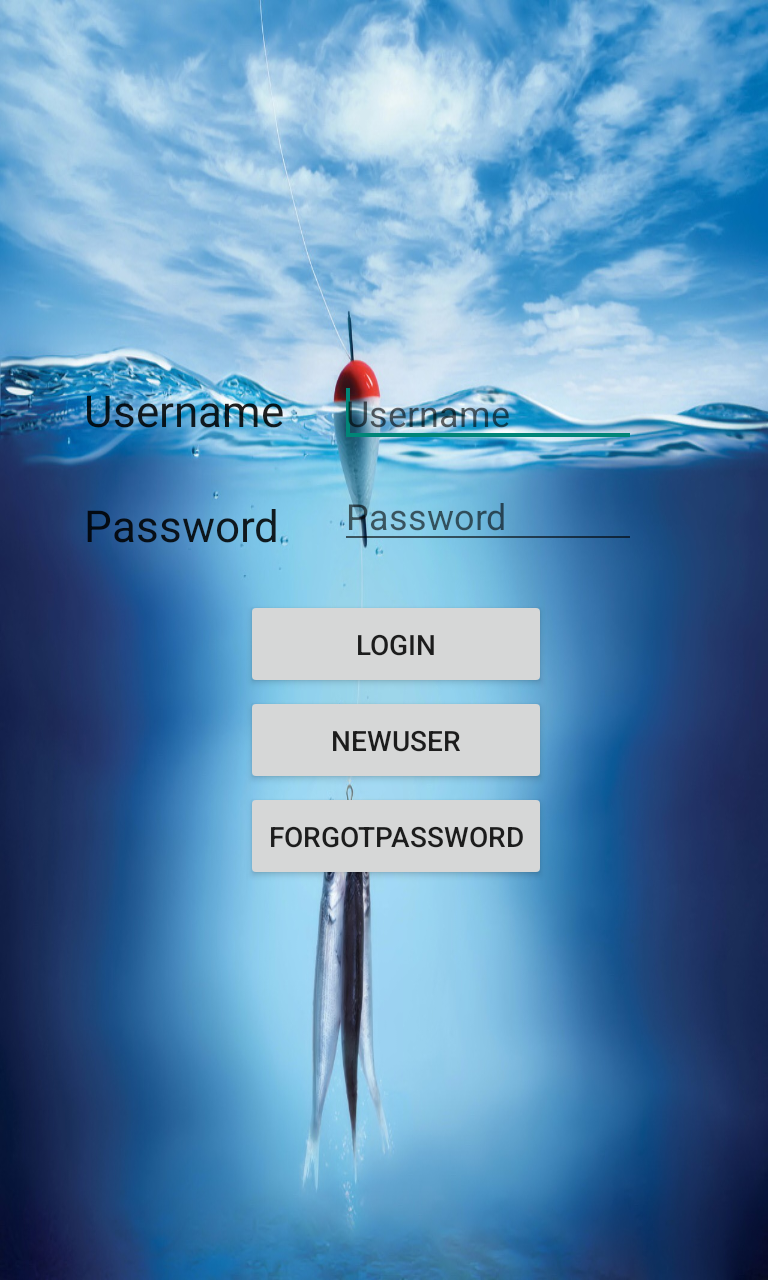
Repository: zerox2012/Fall2014Android
Layout: FishingBuddy/res/layout/activity_login.xml
The author's editor kept a copy of each file at every save. The layout is drawn from the files as they stood at one save, then again after the next save.
It is drawn on a 768 x 1280 px phone screen (xhdpi) without system bars, with theme AppTheme; the app's code is not run.

Above is the layout before, as saved 2014-10-20 17:59:26.

### FishingBuddy/res/layout/activity_login.xml
<RelativeLayout xmlns:android="http://schemas.android.com/apk/res/android"
    xmlns:tools="http://schemas.android.com/tools"
    android:layout_width="match_parent"
    android:layout_height="match_parent"
    android:background="@drawable/login"
    android:paddingBottom="@dimen/activity_vertical_margin"
    android:paddingLeft="@dimen/activity_horizontal_margin"
    android:paddingRight="@dimen/activity_horizontal_margin"
    android:paddingTop="@dimen/activity_vertical_margin"
    tools:context="usf.fall2014.android.fishingbuddy.Login" >

    <TextView
        android:id="@+id/textView2"
        android:layout_width="wrap_content"
        android:layout_height="wrap_content"
        android:layout_alignLeft="@+id/textView1"
        android:layout_below="@+id/textView1"
        android:layout_marginTop="28dp"
        android:text="@string/password"
        android:textAppearance="?android:attr/textAppearanceLarge" />

    <requestFocus />

    <EditText
        android:id="@+id/username"
        android:layout_width="150dp"
        android:layout_height="wrap_content"
        android:layout_alignBaseline="@+id/textView1"
        android:layout_alignBottom="@+id/textView1"
        android:layout_marginLeft="27dp"
        android:layout_toRightOf="@+id/textView1"
        android:ems="10"
        android:hint="@string/user_name"
        android:inputType="text" />

    <EditText
        android:id="@+id/EditText01"
        android:layout_width="150dp"
        android:layout_height="wrap_content"
        android:layout_alignBottom="@+id/textView2"
        android:layout_alignLeft="@+id/username"
        android:ems="10"
        android:hint="@string/password"
        android:inputType="textPassword" />

    <TextView
        android:id="@+id/textView1"
        android:layout_width="wrap_content"
        android:layout_height="wrap_content"
        android:layout_alignParentLeft="true"
        android:layout_alignParentTop="true"
        android:layout_marginLeft="26dp"
        android:layout_marginTop="174dp"
        android:text="@string/user_name"
        android:textAppearance="?android:attr/textAppearanceLarge" />

    <Button
        android:id="@+id/button1"
        android:layout_width="100dp"
        android:layout_height="wrap_content"
        android:layout_alignLeft="@+id/button3"
        android:layout_alignRight="@+id/EditText01"
        android:layout_below="@+id/textView2"
        android:layout_marginRight="45dp"
        android:layout_marginTop="21dp"
        android:text="@string/button_login" />

    <Button
        android:id="@+id/button2"
        android:layout_width="wrap_content"
        android:layout_height="wrap_content"
        android:layout_alignLeft="@+id/button1"
        android:layout_alignRight="@+id/EditText01"
        android:layout_below="@+id/button1"
        android:layout_marginRight="45dp"
        android:text="@string/title_activity_new_user" />

    <Button
        android:id="@+id/button3"
        android:layout_width="wrap_content"
        android:layout_height="wrap_content"
        android:layout_alignRight="@+id/EditText01"
        android:layout_below="@+id/button2"
        android:layout_marginRight="45dp"
        android:text="@string/title_activity_forgot_password" />

</RelativeLayout>

### FishingBuddy/res/values/strings.xml
<?xml version="1.0" encoding="utf-8"?>
<resources>

    <string name="app_name">FishingBuddy</string>
    <string name="hello_world">Hello world!</string>
    <string name="action_settings">Settings</string>
    <string name="title_activity_main_menu">MainMenu</string>
    <string name="title_activity_gallery">Gallery</string>
    <string name="title_activity_message">Message</string>
    <string name="title_activity_new_user">NewUser</string>
    <string name="title_activity_forgot_password">ForgotPassword</string>
    <string name="title_activity_map">Map</string>
    <string name="user_name">Username</string>
    <string name="password">Password</string>
    <string name="button_login">Login</string>
    <string name="new_user">New User</string>
    <string name="forgot_password">Forgot Password</string>

</resources>

Loaded but not shown: FishingBuddy/res/values/styles.xml (common file); FishingBuddy/res/values-v11/styles.xml (common file); FishingBuddy/res/values-v14/styles.xml (common file); FishingBuddy/res/values/dimens.xml (common file); FishingBuddy/res/values-w820dp/dimens.xml (common file)

After the next save:
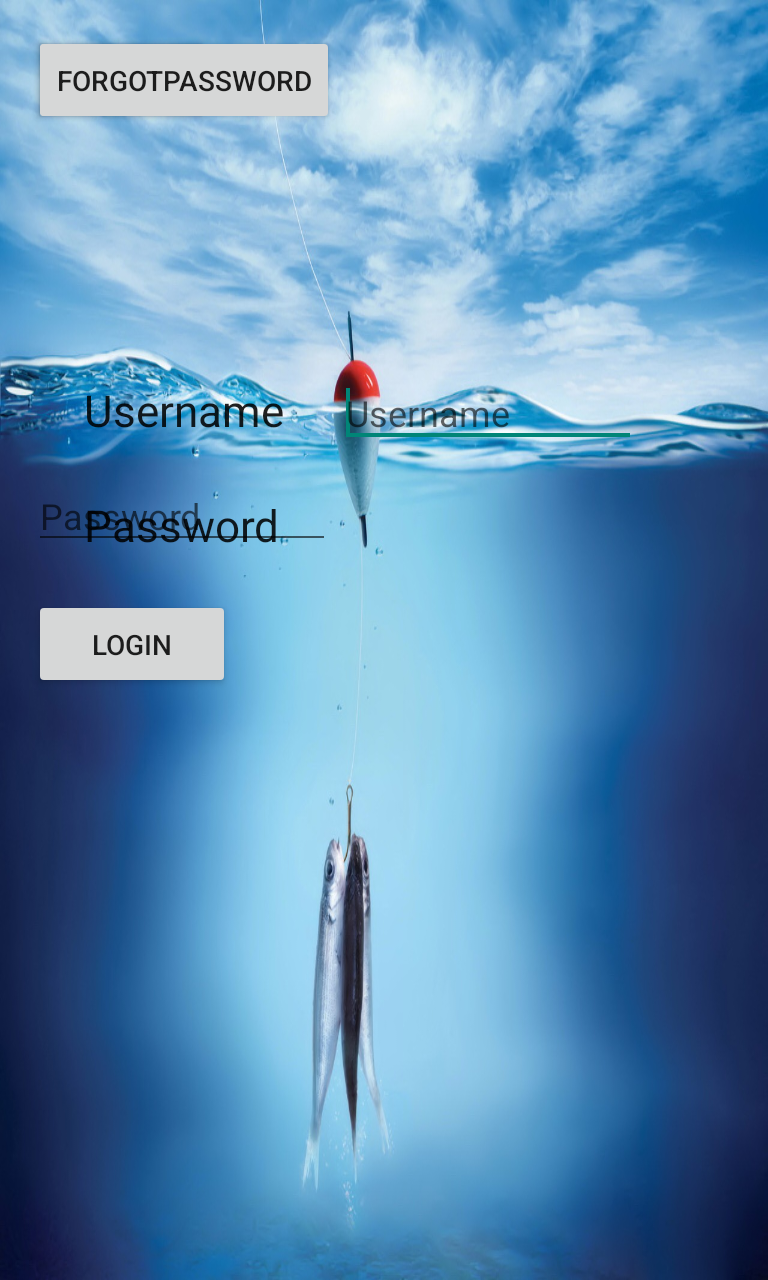
Saved 6 min 6 s later.
--- a/FishingBuddy/res/layout/activity_login.xml
+++ b/FishingBuddy/res/layout/activity_login.xml
@@ -34,12 +34,12 @@
         android:inputType="text" />
 
     <EditText
-        android:id="@+id/EditText01"
+        android:id="@+id/username"
         android:layout_width="150dp"
         android:layout_height="wrap_content"
         android:layout_alignBottom="@+id/textView2"
         android:layout_alignLeft="@+id/username"
-        android:ems="10"
+
         android:hint="@string/password"
         android:inputType="textPassword" />
 
@@ -55,7 +55,7 @@
         android:textAppearance="?android:attr/textAppearanceLarge" />
 
     <Button
-        android:id="@+id/button1"
+        android:id="@+id/button_login"
         android:layout_width="100dp"
         android:layout_height="wrap_content"
         android:layout_alignLeft="@+id/button3"
@@ -66,7 +66,7 @@
         android:text="@string/button_login" />
 
     <Button
-        android:id="@+id/button2"
+        android:id="@+id/button_new_user"
         android:layout_width="wrap_content"
         android:layout_height="wrap_content"
         android:layout_alignLeft="@+id/button1"
@@ -76,7 +76,7 @@
         android:text="@string/title_activity_new_user" />
 
     <Button
-        android:id="@+id/button3"
+        android:id="@+id/button_forgot_password"
         android:layout_width="wrap_content"
         android:layout_height="wrap_content"
         android:layout_alignRight="@+id/EditText01"
